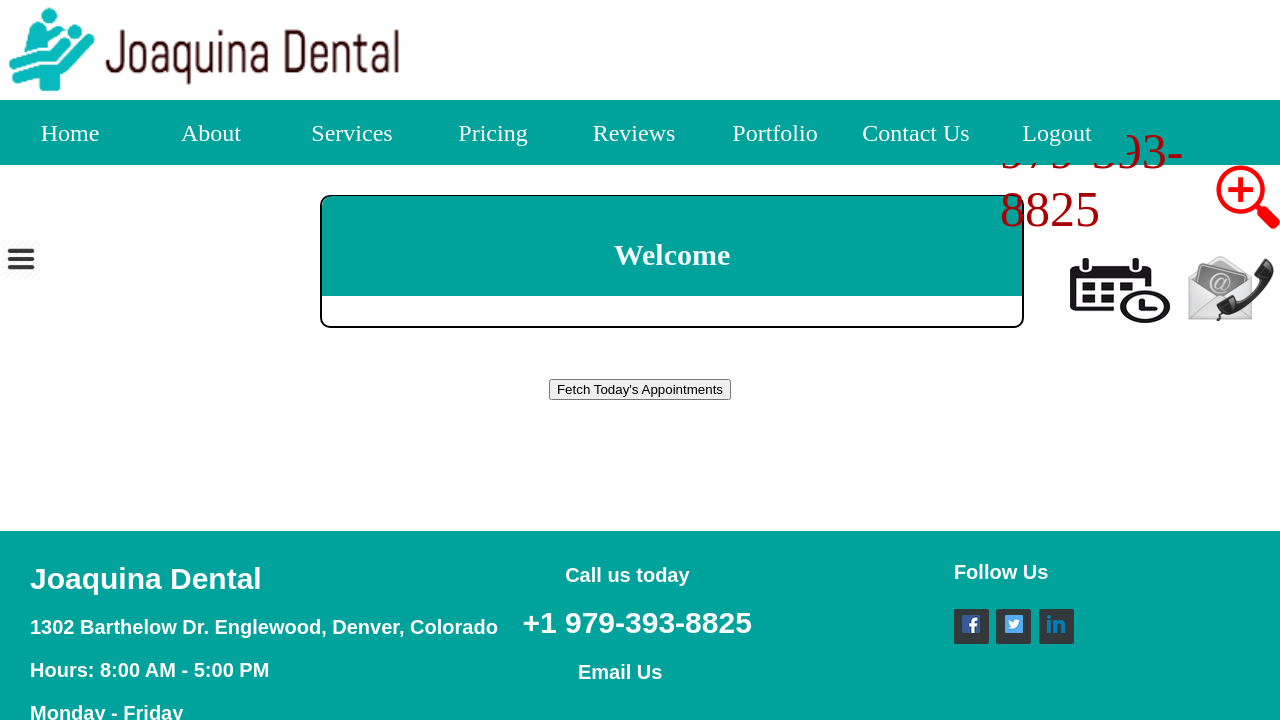
Repository: ManjushaBolishetty/test
Page: http://localhost/test/DentistHomePage.jsp
An editor plug-in stored every save of this project. The page is shown before and after the next save, followed by the edit.
The browser window is 1280 px wide. The pictures show the whole page.
The page is served by Tomcat 9. Other server files are loaded and not shown.

Above is the page before, as saved 2016-04-03 17:34:46.

### test/WebContent/DentistHomePage.jsp
<%@include file="header.jsp" %>
<%@ page import="java.io.*,java.util.*" %>
<%@ page import="javax.servlet.*,java.text.*" %>

<!DOCTYPE html>
<html>
<head>
    <meta http-equiv="Content-Type" content="text/html; charset=ISO-8859-1">
	<meta name="viewport" content="width=device-width, initial-scale=1">
<link href="CSS/ResponsiveForm.css" rel="stylesheet" type="text/css" />
<script src="http://code.jquery.com/jquery-latest.js">  </script>
    <title>My Appointments</title>
</head>
<script type="text/javascript">
function fetchAppointment(){
	  $.ajax({
          url : "AppointmentServlet",
          type : "GET",
          data :{},
          dataType : "text",
          success : function(data) {
        	  /*alert('hi');*/
        	  if($('#divAppointmentList').text("")){
        		  $('#divAppointmentList').append(data);
        	  }
          }
});
}

$(document).ready(function(){
	$('a.loginToggle').text("Logout");
	$('#getApt').click(function(){
		fetchAppointment();
	});
});
</script>
<body>
<div id="cover">
<header>
    <h3>Welcome <%session.getAttribute("Dentist_Name"); %></h3>
</header>
<form action="" method="">


</form>
</div>
<%--
<div class="Logindate">
 <%
   Date date = new Date();
   out.print("<h4 align=\"left\">" +"Welcome, Dr. " + session.getAttribute("Dentist_Name") + "</h4>\n");
   /*  out.print("<h4 align=\"left\">" + date.toString() + "</h4>");*/
%>
</div> --%>

<div class="appointment" align=center>
  <form action="AppointmentServlet" method="get">
      <input id="getApt" type="button" value="Fetch Today's Appointments" />
      <div id="divAppointmentList"></div>
  </form>
</div>

  <footer class="footer-distributed">
			<div class="footer-left">

				<h3>Joaquina Dental</h3>
				<p>1302 Barthelow Dr.
				Englewood, Denver, Colorado</p>
				<p >Hours: 8:00 AM - 5:00 PM</p>
				<p >Monday - Friday</p>
			</div>

			<div class="footer-center">

				<p class="callusToday">Call us today  </p><br/>
				<br/>
				<h3>+1 979-393-8825</h3><br/>
				<p class="emailUs">Email Us</p>
			</div>

			<div class="footer-right">

				<p>Follow Us</p>

				<div class="footer-icons">

					<a href="#"><i class="fa fa-facebook"></i></a>
					<a href="#"><i class="fa fa-twitter"></i></a>
					<a href="#"><i class="fa fa-linkedin"></i></a>

				</div>

			</div>
<p class="copyright" >&copy; Copyright 2016 Joaquina Dental</p>
		</footer>
</body>
</html>

### test/WebContent/header.jsp
<%@ page language="java" contentType="text/html; charset=UTF-8"
    pageEncoding="UTF-8"%>
<!DOCTYPE html>
<html>
<head>
<meta http-equiv="Content-Type" content="text/html; charset=UTF-8">
<meta name="viewport" content="width=device-width, initial-scale=1">
<link href="CSS/testeverything.css" rel="stylesheet" type="text/css" />
<script src="http://code.jquery.com/jquery-latest.js">  </script>
<script type="text/javascript">

$(document).ready(function(){
	$('a.loginToggle').click(function(){
		if($('a.loginToggle').text()=="Logout"){
			window.location.href = "JD_LoginPage.jsp";
		}
	})
});
</script>

<style>

#zoom img {
    width: 5%;
    position: absolute;
    right: 0;
}
</style>
<title>Insert title here</title>
</head>

<body>
<div id="header">
	<img class="logoimage" src="Images/Drawing (4).png" alt="Joaquina Dental"></img>
	<span class="phonenumber">979-393-8825</span>
	<a href="#" class="scheduleanchor"><img class="Contact" src="Images/Contact_Us.png"></img></a>
	<a href="#" class="scheduleanchor"><img class="Calendar" src="Images/calendar.png"></img></a>
</div>

<div id="navmenu">
	<img class="iconimage" src="Images/collpased_menu.png"></img><label for="show-menu" class="show-menu iconlabel">Menu</label>
	<input type="checkbox" id="show-menu" role="button">

	<ul id="menu">
		  <li><a href="#">Home</a></li>
		  <li><a href="#">About</a></li>
		  <li>
		    	<a href="#">Services</a>
			    <ul class="dropdownContent">
			      <li><a href="#">Extraction</a></li>
			      <li><a href="#">Transplant</a></li>
			      <li><a href="#">Root Canal</a></li>
			      <li><a href="#">Cleaning</a></li>
			    </ul>
	  	   </li>
	  	   <li><a href="#">Pricing</a></li>
	  	   <li><a href="#">Reviews</a></li>
	  	   <li><a href="#">Portfolio</a></li>
	  	   <li><a href="#">Contact Us</a></li>
	  	   <li><a class="loginToggle" href="#">Login</a></li>
	</ul>
</div>
<div id="zoom" style="width:100%;height:0px">
	<a href="#" class=""><img class="zoom" src="Images/zoom.png"></img></a>
</div>
</body>
</html>

### test/WebContent/CSS/testeverything.css
body{
  border: 0;
  padding: 0;
  margin: 0;
  height: 100%;

}

#header{
	width:100%;
	height:100px;
  background-color:white;
}

#header h3{
	display:inline;
	width:auto;
	height:auto;
}
#header img{
	width:auto;
	float:left;
	padding-left:0px;
	height:100%;
}


.Contact{

	max-width:100%;
	height:auto;
	margin-left:10px;
	margin-top:18px;
}


.Calendar{

	max-width:100%;
	height:auto;
	margin-left:10px;
	margin-top:20px;
}

#header a{
	float:right;
	/*margin-right: 40px;*/
}
.logoSchedule{
	width:auto;
	float:left;
}

.logoContact{
	width:auto;
	float:right;
}

#navmenu{
	width:100%;
	height:65px;
	background:#00A29C;
}

ul {
	list-style-type:none;
	margin:0;
	padding:0;
	position: absolute;
}

/*Create a horizontal list with spacing*/
li {
	display:inline-block;
	float: left;
	margin-right: 1px;
}

/*Style for menu links*/
li a {
	display:block;
	min-width:140px;
	padding-top:20px;
	padding-bottom:16px;
	font-size:24px;
	text-align: center;
	font-family: 'Roboto Slab', serif;
	color: white;
	background: #00A29C;
	text-decoration: none;
}

.phonenumber{
    font-size: 50px;
    margin-left: 1000px;
    display: inline-block;
    margin-top: 22px;
    color: #ab0002;
    float:left;
}

/*Hover state for top level links*/
li:hover a {
	background: black;
}

/*Style for dropdown links*/
li:hover ul a {
	background: #e6ffff;
	color: blue;
}

/*Hover state for dropdown links*/
li:hover ul a:hover {
	background: #19c589;
	color: #fff;
}

/*Hide dropdown links until they are needed*/
li ul {
	display: none;
}

/*Make dropdown links vertical*/
li ul li {
	display: block;
	float: none;
}



/*Display the dropdown on hover*/
ul li a:hover + .dropdownContent, .dropdownContent:hover {
	display: block;
}

/*Responsive Styles*/

	.show-menu {
	font-family: "Helvetica Neue", Helvetica, Arial, sans-serif;
	text-decoration: none;
	color: #fff;
	background: #00A29C;
	text-align: center;
	padding: 10px 0;
	display: none;
}

.iconlabel{
	width:100%;
	height:auto;
	padding:1%;
}

.iconimage{
	float:left;
	height:42px;
}


.callusToday{
	padding-left:10%;
}
.emailUs{
	padding-left:13%;
}

/*Hide checkbox*/
input[type=checkbox]{
    display: none;
}

/*Show menu when invisible checkbox is checked*/
input[type=checkbox]:checked ~ #menu{
    display: block;
}

@media screen and (max-width : 832px){
	/*Make dropdown links appear inline*/
	ul {
		position: static;
		display: none;
	}

	/*Create vertical spacing*/
	li {
		margin-bottom: 1px;
	}
	/*Make all menu links full width*/
	ul li, li a {
		width: 100%;
	}
	.show-menu {
		display:block;
	}
	.imageHolder{
		display:none;
	}
	.iconlabel
	{
	padding-top:12px;
	float:left;
	width:auto;
	}
}



#Content{
	width:100%;
	height:600px;
	background:white;
}

.imageHolder{
	width:100%;
	height:400px;
	background-image: url("/BigHornDental/Images/appointment.jpg");
    background-repeat: no-repeat;
    background-size: contain;
    border: 1px solid black;
}


.login{
  width: 40%;
  font-family: lato;
  position: relative;
  color: white;
  border:1px solid blue;
  border-radius: 10px;
  background-color:blue;
  text-align:center;
}

/* .Logoutbutton input{
	float: left;
	padding-right:100px;
	font-size: 20px;
    display: block;
    line-height: 12px;
    text-align: left;
} */

.Logindate h4{
	float: left;
    font-size: 20px;
    display: block;
    line-height: 12px;
    text-align: left;
    padding-left:100px;
}


/*For Footer*/
footer{
padding-left:40px;
position: fixed;
}

.footer-distributed{
	background-color: #00A29c;
	box-shadow: 0 1px 1px 0 rgba(0, 0, 0, 0.12);
	box-sizing: border-box;
	width: 100%;
	height:auto;
	text-align: left;
	font: bold 16px sans-serif;
	padding: 30px 30px;
	margin-top: 80px;
}

.footer-distributed .footer-left,
.footer-distributed .footer-center,
.footer-distributed .footer-right{
	display: inline-block;
	vertical-align: top;
}

/* Footer left */

.footer-distributed .footer-left{
	width: 40%;
}

 p{
	font-size:20px;
	color:white;
}

/* The company logo */

.footer-distributed h3{
	color:  white;
	margin: 0;
}


/* Footer links */

.footer-distributed .footer-links{
	color:  #ffffff;
	margin: 20px 0 12px;
	padding: 0;
}

.footer-distributed .footer-links a{
	display:inline-block;
	line-height: 1.8;
	text-decoration: none;
	color:  inherit;
}

.footer-distributed .footer-company-name{
	color:  #8f9296;
	font-size: 14px;
	font-weight: normal;
	margin: 0;
}

/* Footer Center */

.footer-center p{
	padding-top:3px;
}

.footer-right p{
	margin-top:0px;
}

.footer-distributed .footer-center{
	width: 35%;
}

.footer-distributed .footer-center i{
	background-color:  #33383b;
	color: #ffffff;
	font-size: 25px;
	width: 38px;
	height: 38px;
	border-radius: 50%;
	text-align: center;
	line-height: 42px;
	margin: 10px 15px;
	vertical-align: middle;
}

.footer-distributed .footer-center i.fa-envelope{
	font-size: 17px;
	line-height: 38px;
}

.footer-distributed .footer-center p{
	display: inline-block;
	color: #ffffff;
	vertical-align: middle;
	margin:0;
}

.footer-distributed .footer-center p span{
	display:block;
	font-weight: normal;
	font-size:14px;
	line-height:2;
}

.footer-distributed .footer-center p a{
	color:  white;
	text-decoration: none;;
}


/* Footer Right */

.footer-distributed .footer-right{
	width: 20%;
}

.footer-distributed .footer-company-about span{
	display: block;
	color:  black;
	font-size: 14px;
	font-weight: bold;
	margin-bottom: 20px;
}

.footer-distributed .footer-icons{
	margin-top: 25px;
}

.footer-distributed .footer-icons a{
	display: inline-block;
	width: 35px;
	height: 35px;
	cursor: pointer;
	background-color:  #33383b;
	border-radius: 2px;

	font-size: 20px;
	color: #ffffff;
	text-align: center;
	line-height: 35px;

	margin-right: 3px;
	margin-bottom: 5px;
}

.fa-twitter:before {
    content: url("../Images/twitter.png");
}
.fa-facebook:before {
    content: url("../Images/facebook.png");
}
.fa-linkedin:before {
    content: url("../Images/linkedin.png");
}

.fa-linkedin:before {
    content: url("../Images/linkedin.png");
}

.footer-left span{

}


.copyright{
	padding-left: 39%;
}

/* If you don't want the footer to be responsive, remove these media queries */

@media (max-width: 880px) {

	.footer-distributed{
		font: bold 14px sans-serif;
	}

	.footer-distributed .footer-left,
	.footer-distributed .footer-center,
	.footer-distributed .footer-right{
		display: block;
		width: 100%;
		margin-bottom: 40px;
		text-align: center;
	}

	.footer-distributed .footer-center i{
		margin-left: 0;
	}

}


/*Supports Iphone 5,6 and 6S-Plus*/

@media screen and (max-width : 440px){
	/*Make dropdown links appear inline*/
	#header img{
		width:80%;
	}

	.iconimage{
		height:100%;
		width:10%;
	}
	.iconlabel{
		font-size:30px;
	}
	.show-menu{
		font-size:30px;
	}

	#showOnMobile{
		display:block;
	}

	.Contact{
	width:80px;
	height:auto;
	margin-left:0px;
	margin-top:8px;
	}


.Calendar{

	width:80px;
	height:auto;
	margin-left:0px;
	margin-top:8px;
	}

.phonenumber{
	display:none;
	}

	.callusToday{
	padding-left:0%;
	}
	.emailUs{
		padding-left:0%;
	}

	.copyright{
		text-align:center;
		padding-left:0%;
		width:100%;
	}
}


@media screen and (max-width : 780px){
	.phonenumber{
		margin-left:70px;
	}
	.iconimage{
		height:65px;
	}
	.iconlabel{
		font-size:30px;
	}
	.callusToday{
		padding-left:0%;
		font-size:20px;
	}
	.emailUs{
		padding-left:0%;
	}
	.footer-left p{
		font-size:20px;
	}
	.footer-center p{
		font-size:20px;
	}
	.footer-right p{
		font-size:20px;
	}
	.copyright{
		text-align:center;
		padding-left:0%;
		width:100%;
	}

}

### test/WebContent/CSS/ResponsiveForm.css
* {
/* With these codes padding and border does not increase it's width and gives intuitive style.*/
box-sizing: border-box;
}

body {
	margin:0;
	padding:0;
	font-family: 'Roboto Slab', serif;
	width:100%;
}

#cover{
	width: 55%;
	margin: 30px 30% 10px 25%;
	padding:10px 0;
	border: 2px solid black;
	border-radius:10px;
}
form{
	width:70%;
	margin:4% 15%;
}
header {
    background-color: #00A29C;
    text-align: center;
    padding-top: 1px;
    padding-bottom: 8px;
    margin-top: -11px;
    margin-bottom: -8px;
    border-radius: 10px 10px 0 0;
    color: aliceblue;
    height: 100px;
    font-size: 24px;
}

h3{
	font-size: 30px;
	padding-top:1px;
}
#newuser{
	margin-right:10px;
}

label{
	font-size:24px;
}


/* Makes responsive fields. Sets size and field alignment.*/
input[type=text]{
	margin-bottom: 20px;
	margin-top: 10px;
	width:100%;
	padding: 15px;
	border-radius:5px;
	border:1px solid #7ac9b7;
	font-size:20px;
}
input[type=password]{
	margin-bottom: 20px;
	margin-top: 10px;
	width:100%;
	padding: 15px;
	border-radius:5px;
	border:1px solid #7ac9b7;
	font-size:20px;
}

input[type=radio]{
	margin-bottom: 20px;
	margin-top: 10px;
	padding: 15px;
	border-radius:5px;
	border:1px solid #7ac9b7;
	font-size:20px;
}

select{
	margin-bottom: 20px;
	margin-top: 10px;
	width:100%;
	height:25px;
	padding: 15px;
	border-radius:5px;
	border:1px solid #7ac9b7;
}

.datepicker{
	height:30px;
}

.result{
	color:blue;
}

p.errorLogin{
	color:#ab0002;
	padding-left:23%;
	font-size:24px;
}

input[type=submit]
{
	margin-bottom: 20px;
	width:50%;
	margin-left:25%;
	padding: 15px;
	border-radius:5px;
	border:1px solid #7ac9b7;
	background-color: #2b547e;
	border-color:#2b547e;
	color: aliceblue;
	font-size:24px;
	cursor:pointer;
}
#submit:hover
{
	background-color: blue;
}
textarea{
	width:100%;
	padding: 15px;
	margin-top: 10px;
	border:1px solid #7ac9b7;
	border-radius:5px;
	margin-bottom: 20px;
	resize:none;
}
input[type=text]:focus,textarea:focus {
	border-color: #4697e4;
}

@media screen and (max-width : 768px){
	h2{
		font-size:16px;
	}
	p{
		font-size:14px;
	}
	label{
		font-size:12px;
	}
	input[type=submit]{
		padding:5px;
	}
	input[type=text]{
		padding: 8px;
	}
	div#envelope{
		width: 80%;
		margin: 10px 30% 10px 11%;
	}
}

@media screen and (max-width : 415px){
	#cover{
	width: 95%;
	margin: 30px 30% 30px 2.5%;
	padding:10px 0;
	border: 2px solid black;
	border-radius:10px;
	}
	input[type=submit]{
		padding:4px;
		font-size:20px;
		white-space:normal;
	}
	input[type=text]{
		padding: 8px;
		font-size:20px;
	}

	input[type=password]{
		padding: 8px;
		font-size:20px;
	}
	label{
		font-size:22px;
	}
	h2{
		font-size:22px;
	}
	p{
		font-size:18px;
	}
	div#envelope{
		width: 80%;
		margin: 10px 30% 10px 11%;
	}

}

@media screen and (max-width : 768px){
	#cover{
	width: 90%;
	margin: 30px 30% 30px 5.5%;
	padding:10px 0;
	border: 2px solid black;
	border-radius:10px;
	}
	input[type=submit]{
		padding:4px;
		font-size:20px;
		white-space:normal;
	}
	input[type=text]{
		padding: 8px;
		font-size:20px;
	}

	input[type=password]{
		padding: 8px;
		font-size:20px;
	}
	label{
		font-size:22px;
	}
	h2{
		font-size:22px;
	}
	p{
		font-size:18px;
	}
	div#envelope{
		width: 80%;
		margin: 10px 30% 10px 11%;
	}

}

After the next save:
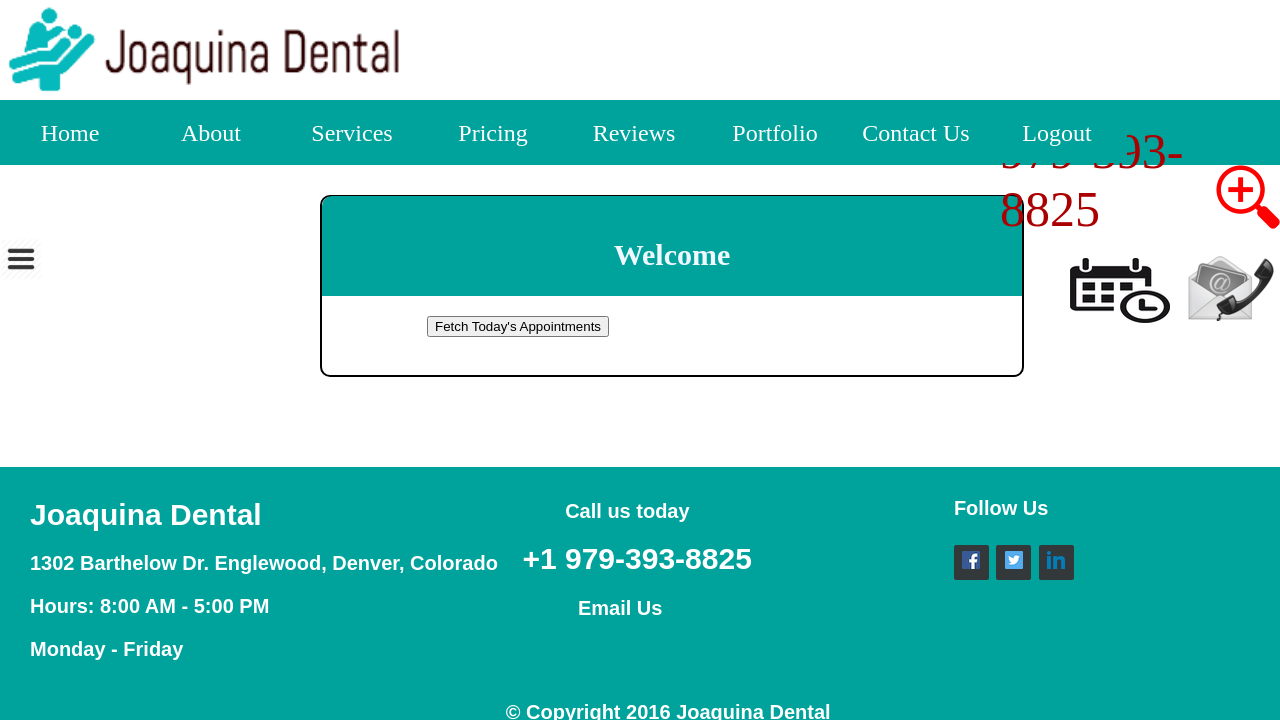
Saved 81 s later.
--- a/test/WebContent/DentistHomePage.jsp
+++ b/test/WebContent/DentistHomePage.jsp
@@ -39,10 +39,10 @@ $(document).ready(function(){
 <header>
     <h3>Welcome <%session.getAttribute("Dentist_Name"); %></h3>
 </header>
-<form action="" method="">
-
-
-</form>
+<form action="AppointmentServlet" method="get">
+      <input id="getApt" type="button" value="Fetch Today's Appointments" />
+      <div id="divAppointmentList"></div>
+  </form>
 </div>
 <%--
 <div class="Logindate">
@@ -54,10 +54,7 @@ $(document).ready(function(){
 </div> --%>
 
 <div class="appointment" align=center>
-  <form action="AppointmentServlet" method="get">
-      <input id="getApt" type="button" value="Fetch Today's Appointments" />
-      <div id="divAppointmentList"></div>
-  </form>
+
 </div>
 
   <footer class="footer-distributed">
